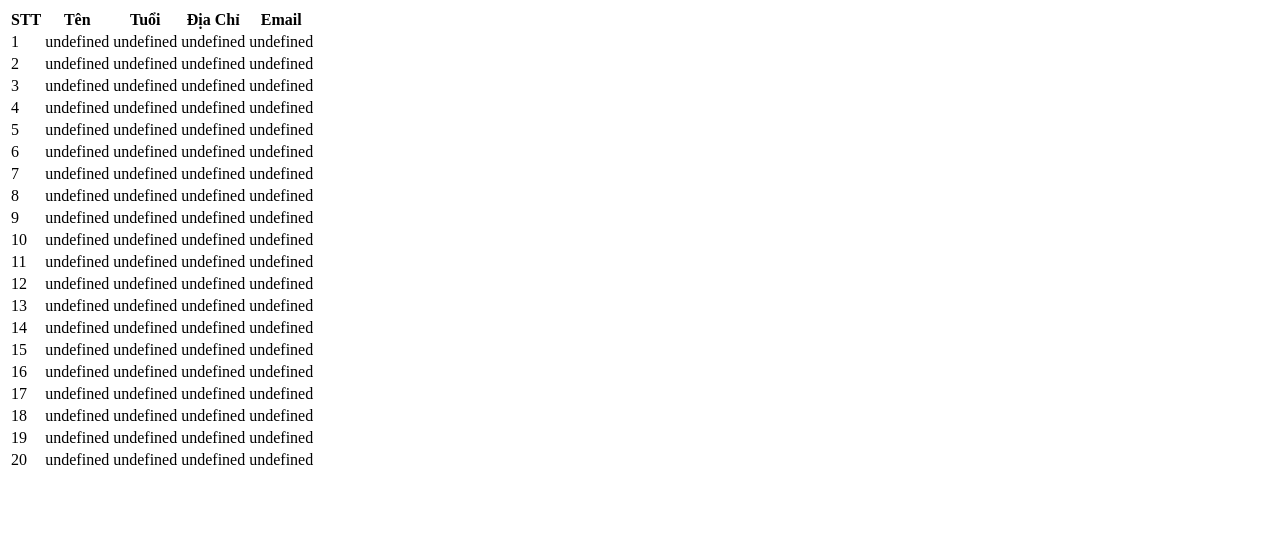
Repository: AnhDuc0125/HTML-Aptech
Page: bt2008/index.html
These files come from the project's save history. The page is drawn as it stood at one moment and after the next save; the edit follows.
The browser window is 1280 px wide. The pictures show the whole page.

Above is the page before, as saved 2021-11-29 07:44:53.

After the next save:
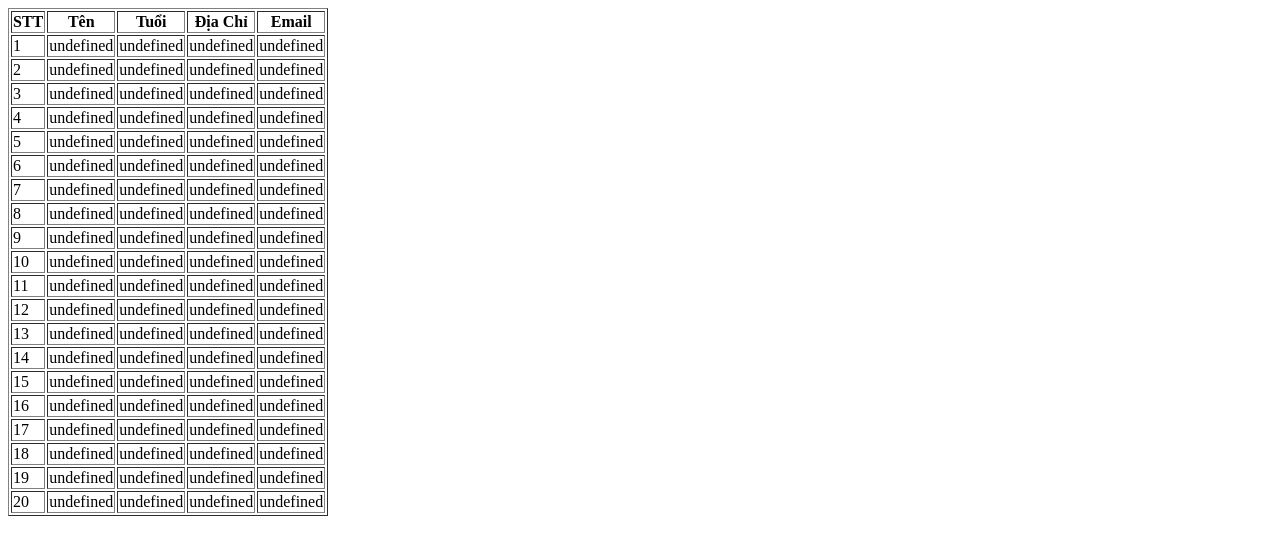
Saved 73 s later.
--- a/bt2008/index.html
+++ b/bt2008/index.html
@@ -8,7 +8,7 @@
     <title>Danh sách Sinh Viên</title>
 </head>
 <body>
-    <table  cellpadding: 10>
+    <table border="1px solid black">
         <tr>
             <th>STT</th>
             <th>Tên</th>
